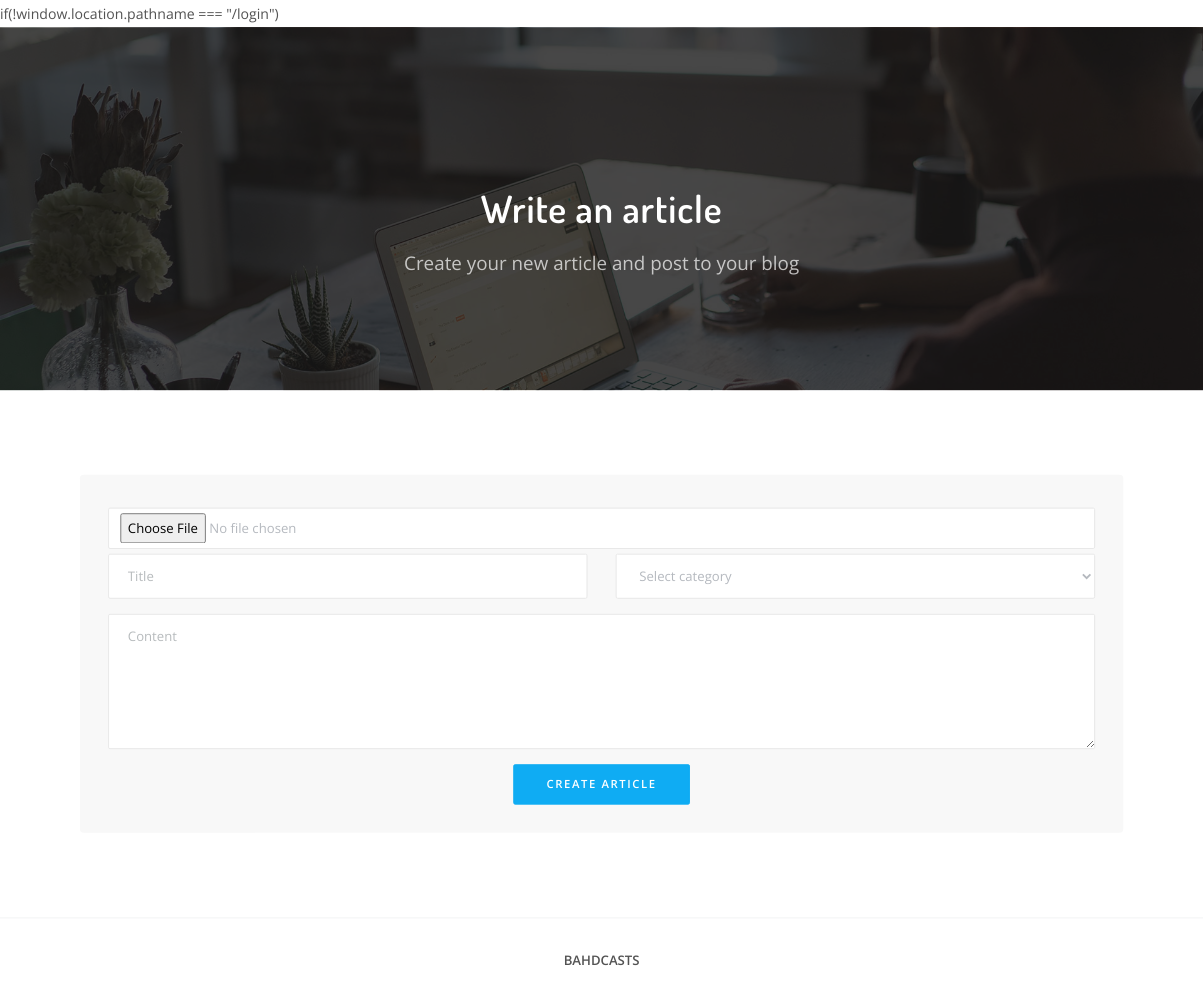
Repository: httpamit/react-blog
Page: /articles/create
The author's editor kept a copy of each file at every save. The page is drawn from the files as they stood at one save, then again after the next save.
The browser window is 1280 px wide. The pictures show the whole page, at 94% of full size.
The project was rebuilt for these pictures with package versions that can differ from the ones it lists, and the page was loaded fresh each time. Also part of the build but not shown: src/Components/NavBar/NavBar.js, src/Components/Login/index.js, src/congig/index.js, src/Components/Singup/index.js, src/Components/SingleArticle/index.js, src/Components/Article/index.js, src/Components/Welcome/Index.js.

Above is the page before, as saved 2019-01-12 22:54:29.

After the next save:
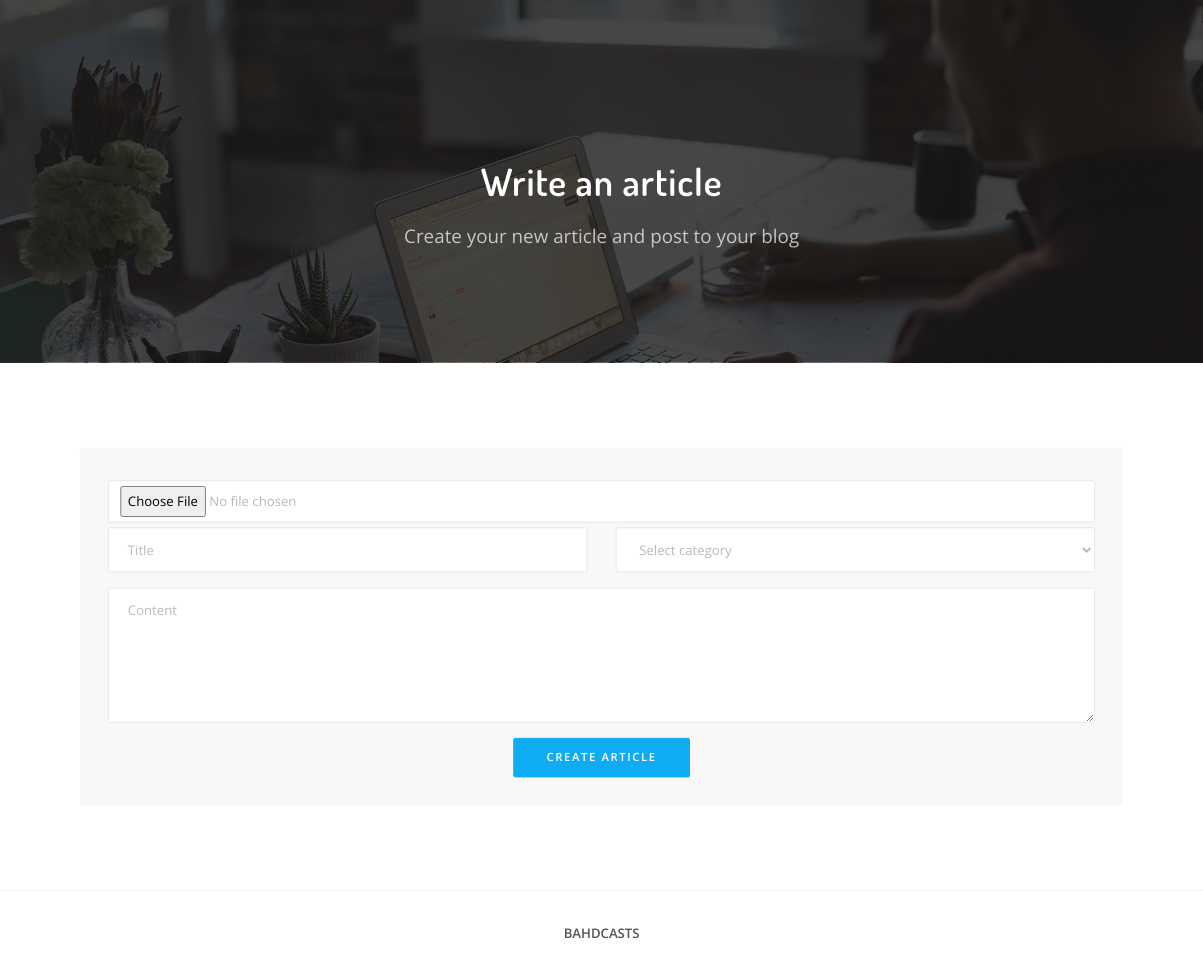
Saved 32 s later.
--- a/src/index.js
+++ b/src/index.js
@@ -24,7 +24,6 @@ const Contact = () => {
 ReactDOM.render(
   <BrowserRouter>
     <div>
-      if(!window.location.pathname === "/login"){alert("great")}
       {!window.location.pathname === "/login" && <NavBar />}
       <Route exact path="/" component={Welcome} />
       <Route exact path="/about" component={About} />
